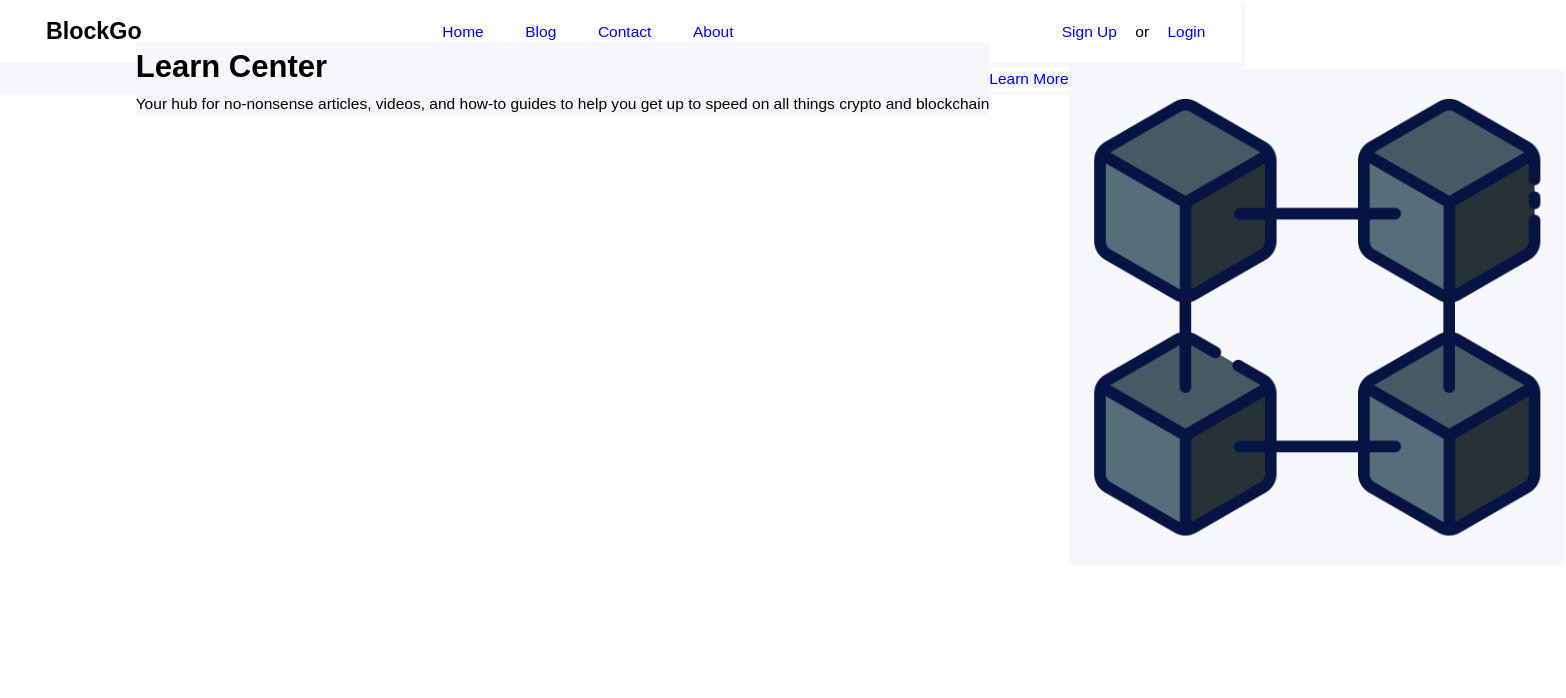
Repository: Tafsirul555/Assignment
Page: Assignment1.html
These files come from the project's save history. The page is drawn as it stood at one moment and after a run of saves; the edit follows.
The browser window is 1280 px wide. The page is 1614 px wide, so the pictures cover 1614 px, including what lies to the right of the window. The pictures show the whole page, at 97% of full size.

Above is the page before, as saved 2025-06-06 00:10:02.

After the next 2 saves:
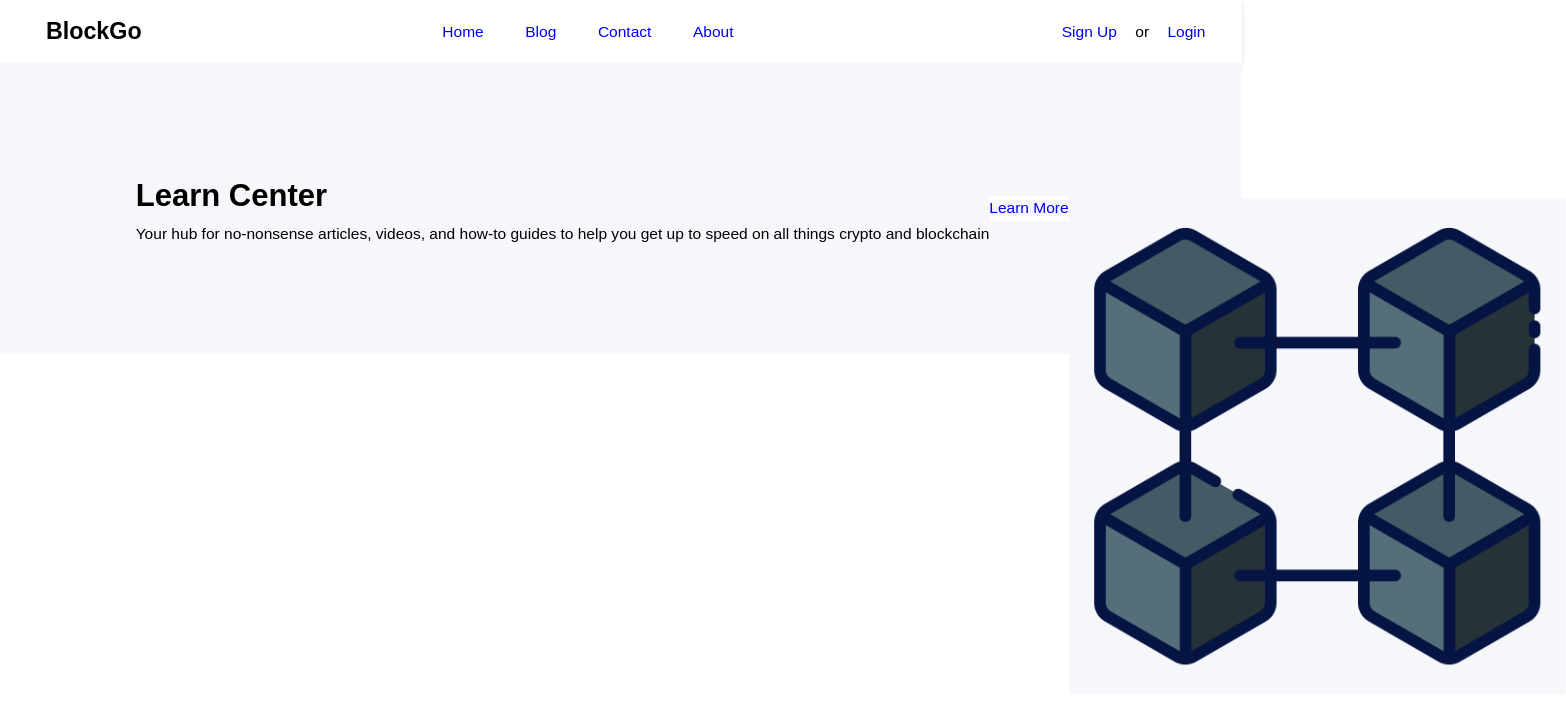
The 2 saves are shown as one change because they came seconds apart.
The last was saved 12 s later.
--- a/Assignment1.css
+++ b/Assignment1.css
@@ -69,7 +69,7 @@
 
 .Headerbar{
     width: 100%;
-    height: 33px;
+    height: 300px;
     background: rgba(245, 247, 250, 1);
     display: flex;
     justify-content: center;
